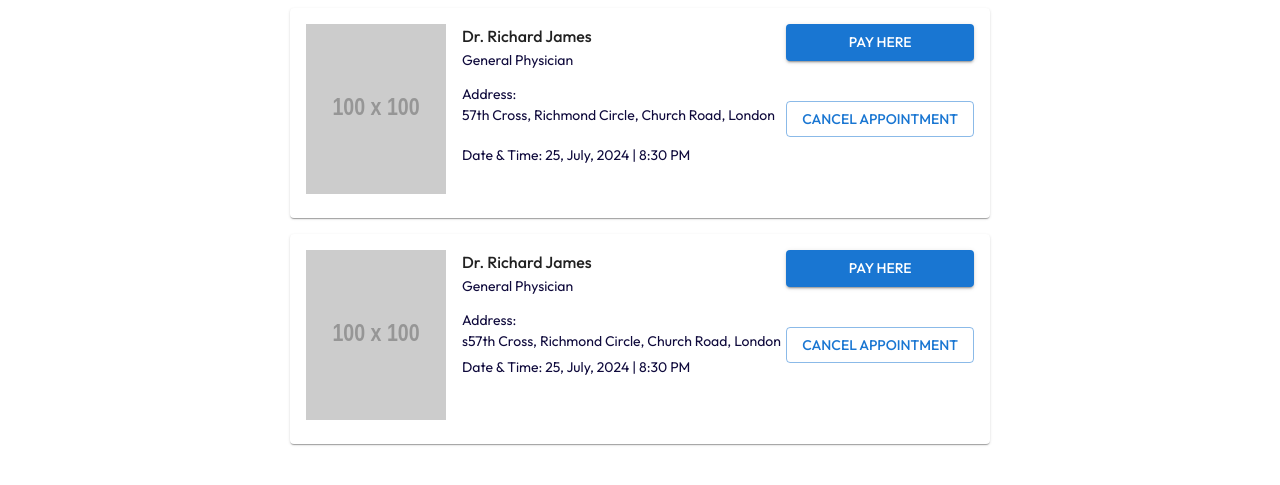
Repository: Ali-Dmerdash/DEPI_GRAD
Page: /
The author's editor kept a copy of each file at every save. The page is drawn from the files as they stood at one save, then again after the next save.
The browser window is 1280 px wide. The pictures show the whole page.
The project was rebuilt for these pictures with package versions that can differ from the ones it lists, and the page was loaded fresh each time. Also part of the build but not shown: vite.config.ts.

Above is the page before, as saved 2024-10-08 20:59:57.

### src/App.tsx
import "./App.css";
import "react-router-dom";
import { library } from "@fortawesome/fontawesome-svg-core";
import { fab } from "@fortawesome/free-brands-svg-icons";
import { fas } from "@fortawesome/free-solid-svg-icons";
import { far } from "@fortawesome/free-regular-svg-icons";
import Myappointment from "./pages/myappointment";

function App() {
  return (
    <>
      <Myappointment />
    </>
  );
}

export default App;
library.add(fab, fas, far);

### src/index.css
@import url("https://fonts.googleapis.com/css2?family=Outfit:wght@100..900&display=swap");

body {
  font-family: "Outfit", sans-serif;
  color: var(--text-color);
}

:root {
  --primary-color: #07456f;
  --secondary-color: #009f9d;
  --text-color: #0f0a3c;
  --card-button-color: #ace6f6;
  --border-color: #adadad;
}

### src/App.css
@import "./App.css";

body {
  color: var(--text-color);
}

### src/pages/myappointment/index.tsx
import React from "react";
import { Box, Card, CardContent, Typography, Button } from "@mui/material";

const MyAppointment: React.FC = () => {
  return (
    <Box sx={{ maxWidth: 700, margin: "0 auto" }}>
      <Card sx={{ marginBottom: 2 }}>
        <CardContent>
          <Box display="flex" alignItems="flex-start">
            <img
              src="https://via.placeholder.com/100"
              alt="Doctor"
              style={{ width: "140px", height: "170px", marginRight: "16px" }}
            />
            <Box flexGrow={1}>
              <Typography variant="h6" fontSize="16px">
                Dr. Richard James
              </Typography>
              <Typography
                color="#0F0A3C"
                fontSize="14px"
                sx={{ marginBottom: "4%" }}
              >
                General Physician
              </Typography>
              <Typography
                color="#0F0A3C"
                fontSize="14px"
                sx={{ marginBottom: "6%" }}
              >
                Address: <br /> 57th Cross, Richmond Circle, Church Road, London
              </Typography>
              <Typography color="#0F0A3C" fontSize="14px">
                Date & Time: 25, July, 2024 | 8:30 PM
              </Typography>
            </Box>
            <Box
              display="flex"
              flexDirection="column"
              justifyContent="flex-end"
            >
              <Button variant="contained" color="primary">
                Pay here
              </Button>
              <Button variant="outlined" color="primary" sx={{ marginTop: 5 }}>
                Cancel appointment
              </Button>
            </Box>
          </Box>
        </CardContent>
      </Card>

      <Card>
        <CardContent>
          <Box display="flex" alignItems="flex-start">
            <img
              src="https://via.placeholder.com/100"
              alt="Doctor"
              style={{ width: "140px", height: "170px", marginRight: "16px" }}
            />
            <Box flexGrow={1}>
              <Typography variant="h6" fontSize="16px">
                Dr. Richard James
              </Typography>
              <Typography
                color="#0F0A3C"
                fontSize="14px"
                sx={{ marginBottom: "4%" }}
              >
                General Physician
              </Typography>
              <Typography
                color="#0F0A3C"
                fontSize="14px"
                sx={{ marginBottom: "5px" }}
              >
                Address: <br />
                s57th Cross, Richmond Circle, Church Road, London
              </Typography>
              <Typography color="#0F0A3C" fontSize="14px">
                Date & Time: 25, July, 2024 | 8:30 PM
              </Typography>
            </Box>
            <Box
              display="flex"
              flexDirection="column"
              justifyContent="flex-end"
            >
              <Button variant="contained" color="primary">
                Pay here
              </Button>

              <Button variant="outlined" color="primary" sx={{ marginTop: 5 }}>
                Cancel appointment
              </Button>
            </Box>
          </Box>
        </CardContent>
      </Card>
    </Box>
  );
};

export default MyAppointment;

Loaded but not shown: index.html (common file); src/main.tsx (common file)

After the next save:
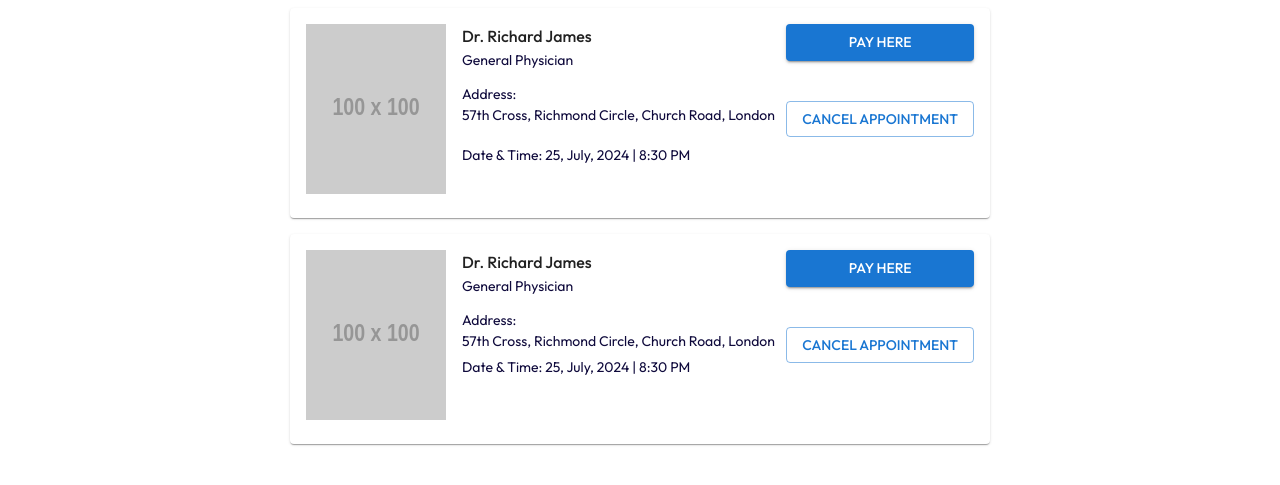
Saved 7 s later.
--- a/src/pages/myappointment/index.tsx
+++ b/src/pages/myappointment/index.tsx
@@ -75,7 +75,7 @@ const MyAppointment: React.FC = () => {
                 sx={{ marginBottom: "5px" }}
               >
                 Address: <br />
-                s57th Cross, Richmond Circle, Church Road, London
+                57th Cross, Richmond Circle, Church Road, London
               </Typography>
               <Typography color="#0F0A3C" fontSize="14px">
                 Date & Time: 25, July, 2024 | 8:30 PM
